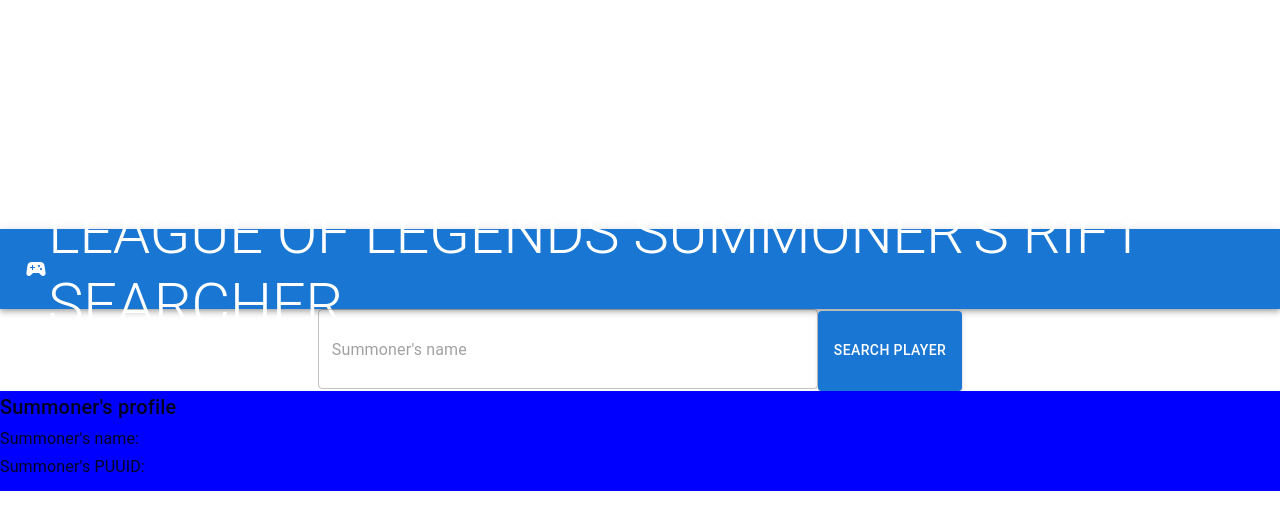
Repository: Mikerr21/League-Of-Legends-API
Page: /
These files come from the project's save history. The page is drawn as it stood at one moment and after the next save; the edit follows.
The browser window is 1280 px wide. The pictures show the whole page.
The page's requests for data from a server got no answer. The project was rebuilt for these pictures with package versions that can differ from the ones it lists, and the page was loaded fresh each time. No one was signed in, and anything a server would have sent is missing.

Above is the page before, as saved 2022-09-24 22:30:50.

### public/index.html
<!DOCTYPE html>
<html lang="en">
  <head>
    <meta charset="utf-8" />
    <link rel="icon" href="%PUBLIC_URL%/favicon.ico" />
    <meta name="viewport" content="width=device-width, initial-scale=1" />
    <meta name="theme-color" content="#000000" />
    <meta
      name="description"
      content="Web site created using create-react-app"
    />
    <link rel="apple-touch-icon" href="%PUBLIC_URL%/logo192.png" />

    <title>React App</title>
  </head>
  <body>
    <noscript>You need to enable JavaScript to run this app.</noscript>
    <div id="root"></div>

  </body>
</html>

### src/App.js
import React from "react";
import axios from "axios";
import { useState } from "react";
import { AppBar } from "@mui/material";
import { Toolbar } from "@mui/material";
import { CssBaseline } from "@mui/material";
import SportsEsportsIcon from "@mui/icons-material/SportsEsports";
import OutlinedInput from "@mui/material/OutlinedInput";

import { Typography } from "@mui/material";
import { Button } from "@mui/material";
import { Box } from "@mui/material";

import ListSubheader from '@mui/material/ListSubheader';
import List from '@mui/material/List';
import ListItemButton from '@mui/material/ListItemButton';
import ListItemIcon from '@mui/material/ListItemIcon';
import ListItemText from '@mui/material/ListItemText';
import Collapse from '@mui/material/Collapse';
import InboxIcon from '@mui/icons-material/MoveToInbox';
import DraftsIcon from '@mui/icons-material/Drafts';
import SendIcon from '@mui/icons-material/Send';
import ExpandLess from '@mui/icons-material/ExpandLess';
import ExpandMore from '@mui/icons-material/ExpandMore';
import StarBorder from '@mui/icons-material/StarBorder';
import Grid from "@mui/material/Grid";

function App() {
  const [searchPlayer, setSearchPlayer] = useState("");
  const [playerData, setPlayerData] = useState({});
  const API_KEY = "c4eb3244-2494-4789-a6a3-47b4f6d5b70a";

  function fetchPlayerData(event) {
    var API_KEY = "RGAPI-e5d7e95c-8a4e-4469-bf42-53bc6d1175b3";
    var API_CALL_STRING =
      "https://euw1.api.riotgames.com/lol/summoner/v4/summoners/by-name/" +
      searchPlayer +
      "?api_key=" +
      API_KEY;
    axios
      .get(API_CALL_STRING)
      .then(function (response) {
        //Success

        setPlayerData(response.data);
      })
      .catch(function (error) {
        //Error
        console.log(error);
      });
  }

  return (
    <div className="App">
      <CssBaseline />

      <Grid
  container
  spacing={0}
  direction="column"
  alignItems="center"
  justifyContent="center"
  style={{ minHeight: '100vh' }}
>
<CssBaseline />
<AppBar position="static">
        <Toolbar variant="dense" style={{ height: "80px" }}>
          <SportsEsportsIcon></SportsEsportsIcon>
          <Typography variant="h2" component="h2">
            LEAGUE OF LEGENDS SUMMONER'S RIFT SEARCHER
          </Typography>
        </Toolbar>
      </AppBar>
      <Box>
        <OutlinedInput
          onChange={(e) => setSearchPlayer(e.target.value)}
          type="text"
          placeholder="Summoner's name"
          style={{ height: "80px", width: "500px" }}
        ></OutlinedInput>
        <Button
          onClick={fetchPlayerData()}
          variant="contained"
          style={{ height: "80px" }}
        >
          Search player
        </Button>
      </Box>
      {JSON.stringify(playerData.data)}

      <List
      sx={{ width: '100%', maxWidth: 1300, bgcolor: 'blue' }}
      component="nav"
      aria-labelledby="nested-list-subheader"
      subheader={
        <Typography variant="h6">
         Summoner's profile
        </Typography>
      }
    >
      {/* <ListItemButton>
        <ListItemIcon>
          <SendIcon />
        </ListItemIcon>
        <ListItemText primary="Sent mail" />
      </ListItemButton>
      <ListItemButton>
        <ListItemIcon>
          <DraftsIcon />
        </ListItemIcon>
        <ListItemText primary="Drafts" />
      </ListItemButton>
        <List component="div" disablePadding>
          <ListItemButton sx={{ pl: 4 }}>
            <ListItemIcon>
              <StarBorder />
            </ListItemIcon>
            <ListItemText primary="Starred" />
          </ListItemButton>
        </List>
     */}
 <ListItemText>
  <Typography variant="h7">
    Summoner's name:{searchPlayer}
  </Typography>
 </ListItemText>
 <ListItemText>
  <Typography variant="h7">
    Summoner's PUUID:{playerData.puuid}
  </Typography>
 </ListItemText>
 </List>


</Grid>

    </div>
  );
}

export default App;

Loaded but not shown: src/index.js (common file)

After the next save:
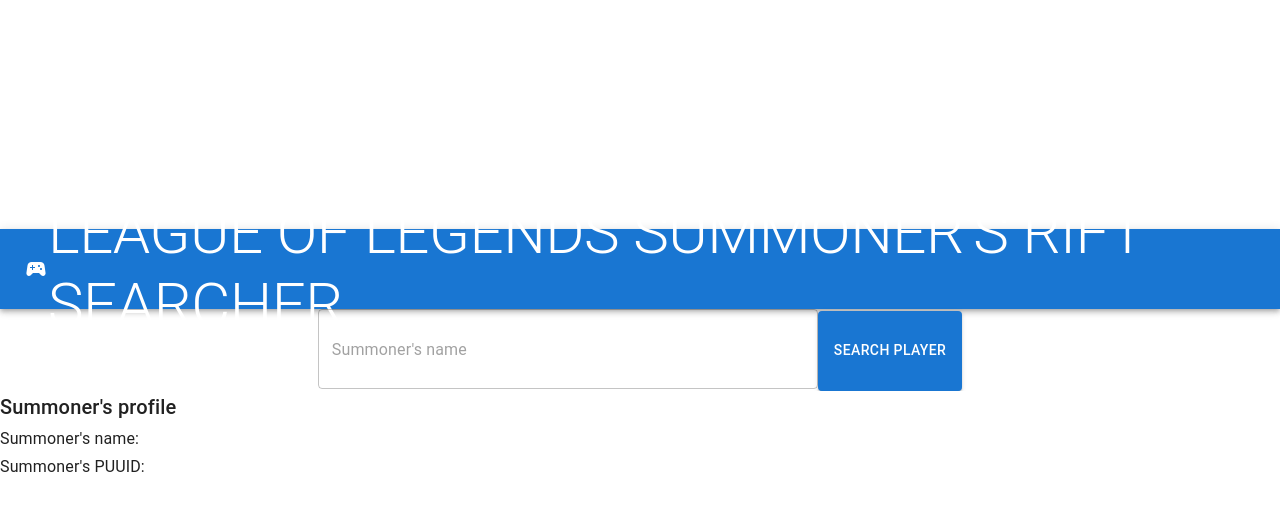
Saved 9 s later.
--- a/src/App.js
+++ b/src/App.js
@@ -89,7 +89,7 @@
       {JSON.stringify(playerData.data)}
 
       <List
-      sx={{ width: '100%', maxWidth: 1300, bgcolor: 'blue' }}
+      sx={{ width: '100%', maxWidth: 1300, bgcolor: 'background.paper' }}
       component="nav"
       aria-labelledby="nested-list-subheader"
       subheader={
